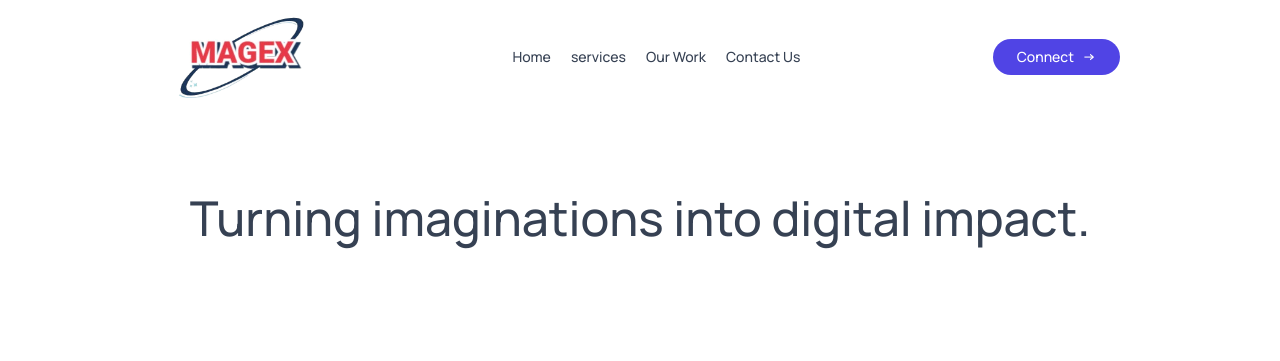
Repository: Prolenzy/magex
Page: /
The author's editor kept a copy of each file at every save. The page is drawn from the files as they stood at one save, then again after the next save.
The browser window is 1280 px wide. The pictures show the whole page.
The project was rebuilt for these pictures with package versions that can differ from the ones it lists, and the page was loaded fresh each time. Also part of the build but not shown: vite.config.js.

Above is the page before, as saved 2025-08-15 09:04:21.

### index.html
<!doctype html>
<html lang="en">
  <head>
    <meta charset="UTF-8" />
    <link rel="icon" type="image/svg+xml" href="/touch-icon.png" />
    <meta name="viewport" content="width=device-width, initial-scale=1.0" />
    <title>Magex | Digital Experiences Powered by Imagination</title>
  </head>
  <body>
    <div id="root"></div>
    <script type="module" src="/src/main.jsx"></script>
  </body>
</html>

### src/index.css
@import url('https://fonts.googleapis.com/css2?family=Manrope:wght@200..800&display=swap');

@import "tailwindcss";

/* @custom-variant dark (&:where(.dark, .dark *)) */

*{
  font-family: "Manrope", sans-serif;
  font-weight: 500;
}

@theme {
  --color-primary: #5044E5;
}

### src/App.jsx
import React from 'react'
import Navbar from './components/Navbar'
import Hero from './components/Hero'

const App = () => {
  return (
    <div>
      <Navbar />
      <Hero />
    </div>
  )
}

export default App

### src/components/Navbar.jsx
import React, { useState } from 'react'

const Navbar = () => {

    const [sidebarOpen, setSidebarOpen] = useState(false)
  return (
    <div className='flex justify-between items-center px-4 sm:px-12 lg:px-24 xl:px-40 py-4
    sticky top-0 z-20 backdrop-blur-xl font-medium bg-white/50 dark:bg-gray-900/70'>

        <img src='/dox1.png' className='w-32 sm:w-40' alt=''/>

        <div className={`text-gray-700 sm:text-sm ${!sidebarOpen ? 'max-sm:w-0 overflow-hidden' :
        'max-sm:w-60 max-sm:pl-10'} max-sm:fixed top-0 bottom-0 right-0 max-sm:min-h-screen
        max-sm:h-full max-sm:flex-col max-sm:bg-primary max-sm:text-white max-sm:pt-20
        flex sm:items-center gap-5 transition-all`}>

             <img src='/ter1.png' alt='' className='w-5 absolute right-4 top-4 sm:hidden'
             onClick={() => setSidebarOpen(false)}/>

            <a onClick={() => setSidebarOpen(false)} href='#' className='sm:hover:border-b'>Home</a>
            <a onClick={() => setSidebarOpen(false)} href='#services' className='sm:hover:border-b'>services</a>
            <a onClick={() => setSidebarOpen(false)} href='#our-work' className='sm:hover:border-b'>Our Work</a>
            <a onClick={() => setSidebarOpen(false)} href='#contact-us' className='sm:hover:border-b'>Contact Us</a>
        </div>
        <div className='flex items-center gap-2 sm:gap-4'>

            <img src='/2001.png' alt='' onClick={() => setSidebarOpen(true)}
            className='w-8 sm:hidden' />
            <a href='#contact-us' className='text-sm max-sm:hidden flex items-center gap-2
            bg-primary text-white px-6 py-2 rounded-full cursor-pointer
            hover:scale-103 transition-all'>
                Connect <img src='/vay1.png' width={14} alt=''/>
            </a>
        </div>
    </div>
  )
}

export default Navbar

### src/components/Hero.jsx
import React from 'react'

const Hero = () => {
  return (
    <div id='hero' className='flex flex-col items-center gap-6 py-20 px-4 sm:px-12 lg:px-24
    xl:px-40 text-center w-full overflow-hidden text-gray-700'>

        <h1 className='text-4xl sm:text-5xl md:te'>
            Turning imaginations into <span>digital</span> impact.
        </h1>
    </div>
  )
}

export default Hero

Loaded but not shown: src/main.jsx (common file)

After the next save:
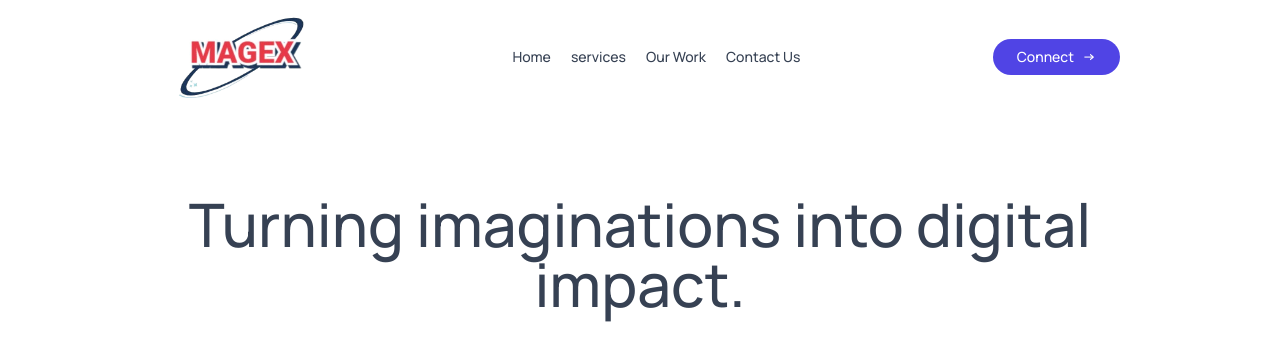
Saved 4 s later.
--- a/src/components/Hero.jsx
+++ b/src/components/Hero.jsx
@@ -5,7 +5,7 @@
     <div id='hero' className='flex flex-col items-center gap-6 py-20 px-4 sm:px-12 lg:px-24
     xl:px-40 text-center w-full overflow-hidden text-gray-700'>
 
-        <h1 className='text-4xl sm:text-5xl md:te'>
+        <h1 className='text-4xl sm:text-5xl md:text-6xl'>
             Turning imaginations into <span>digital</span> impact.
         </h1>
     </div>
